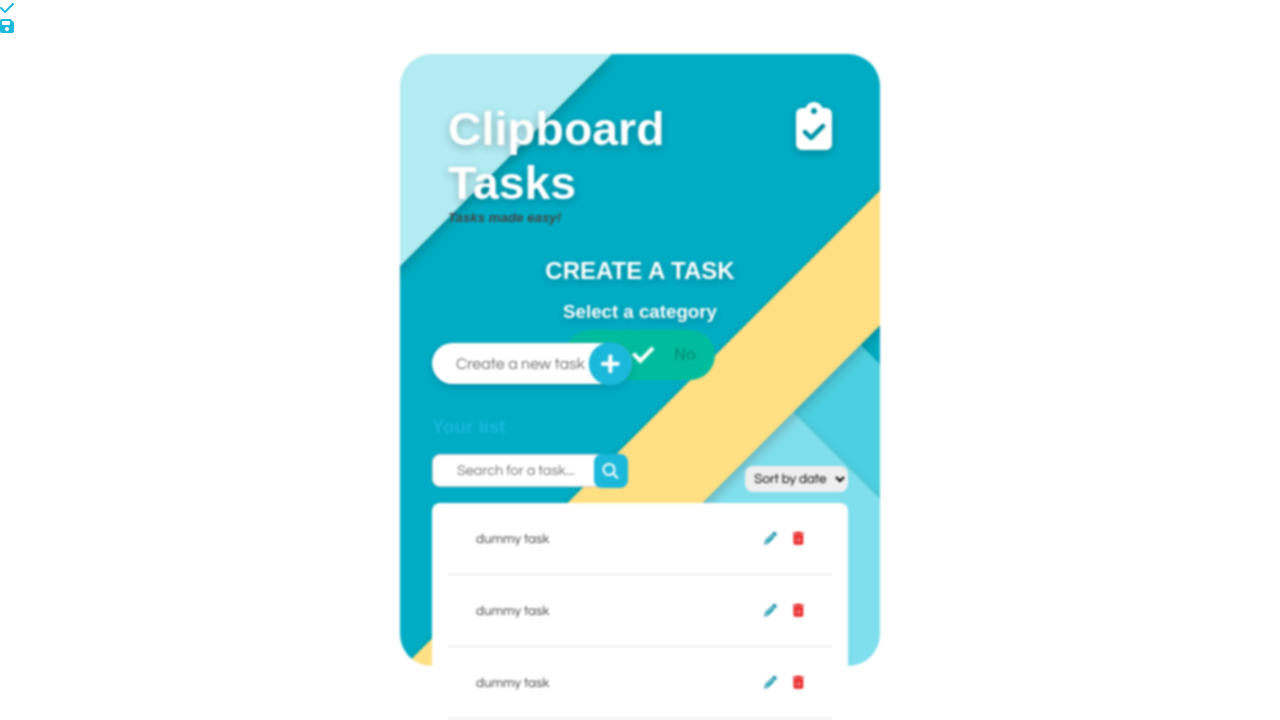
Repository: WesleyErasmus/Todo-App
Page: todoApp.html
The author's editor kept a copy of each file at every save. The page is drawn from the files as they stood at one save, then again after the next save.
The browser window is 1280 px wide. The pictures show the whole page.
Some web fonts or font styles are not loaded; a fallback is used. Some web libraries are served in a nearby version.

Above is the page before, as saved 2022-06-12 16:46:00.

### todoApp.html
<!DOCTYPE html>
<html lang="en">
<head>
    <meta charset="UTF-8">
    <meta http-equiv="X-UA-Compatible" content="IE=edge">
    <meta name="viewport" content="width=device-width, initial-scale=1.0">
    <title>Todo App</title>
    <script src="https://kit.fontawesome.com/81ea498f91.js" crossorigin="anonymous"></script>
    <link rel="stylesheet" href="/source/css/todoApp.css">
    <script src="/source/script/todoApp.js" defer></script>
</head>
<body>
    <!-- App wrapper -->
    <main class="app-wrapper">
        <!-- App header -->
        <header>
            <div>
            <h1 class="slogan">Clipboard Tasks</h1>
            <h5 class="slogan-2"><em>Tasks made easy!</em></h5>
            </div>
            <div id="jumbotron-logo"><i class="fa-solid fa-clipboard-check fa-3x"></i></div>
        </header>

        <h2 id="create-task-heading">CREATE A TASK</h2>

        <!-- Categories section -->
        <section>
        <form id="todo-list-form">
            <h3 class="category-heading">Select a category</h3>

            <div class="new-categories">

                <div class="toggle-radio">
                    <input type="radio" name="rdo" id="yes" checked>
                    <input type="radio" name="rdo" id="no">
                    <div class="switch">
                      <label for="yes">Yes</label>
                      <label for="no">No</label>
                      <span></span>
                    </div>
                  </div>

            </div>

            <div class="category-selectors">
                <!-- Personal category (make to assign as default, unless user selects work category) -->
                <!-- <label id="personal-label-btn">
                    <input type="radio" name="category" value="Personal" id="personal-category" />
                    <div>Personal</div>
                </label> -->
                <!-- Work category -->
                <!-- <label id="work-label-btn">
                    <input type="radio" name="category" value="Work" id="work-category" />
                    <div>Work</div>
                </label>
            </div> -->
            <!-- End of radio categories div -->
            <div class="create-submit">
            <input type="text" name="create-task" id="create-task" placeholder="Create a new task" />
            <button id="task-submit-btn" type="submit" value="create-new-task">
                <i class="fa-solid fa-circle-plus"></i>
            </button>
        </div>
        </form>
        </section>

        <!-- Task list is created here, new tasks are outputted below -->
        <section class="todo-list-output">
            <div id="list-header">
            <h3>Your list</h3>
            </div>
            <!-- SEARCH BAR -->
            <div id="search-filter-section">
                <form id="search-bar">
                <input type="text"
                id="search-bar"
                placeholder="Search for a task...">
                <button type="submit"><i class="fa fa-search"
                id="search-submit-btn"></i></button>
                </form>
                <!-- Classic filter dropdown -->
                <div>
                    <select name="filter" id="filter">
                    <option value="Date">Sort by date</option>
                    <option value="Name">Sort by title</option>
                    </select>
                    <!-- <i class="fa-solid fa-arrow-down-wide-short"></i> -->
                </div>

                </div>
            <!-- Actual task list output -->
            <div class="tasks" id="tasks">

                <div class="dummy-task">

                    <div class="task-name">
                        <input type="text"
                        class="text"
                        value="dummy task"
                        readonly>
                        <div class="edit-delete">
                            <button class="edit"><i class="fa-solid fa-pencil"></i></button>
                            <button class="delete"><i class="fa fa-trash" aria-hidden="true"></i></button>
                        </div>
                    </div>
                </div>

                <div class="dummy-task">

                    <div class="task-name">
                        <input type="text"
                        class="text"
                        value="dummy task"
                        readonly>
                        <div class="edit-delete">
                            <button class="edit"><i class="fa-solid fa-pencil"></i></button>
                            <button class="delete"><i class="fa fa-trash" aria-hidden="true"></i></button>
                        </div>
                    </div>
                </div>

                <div class="dummy-task">

                    <div class="task-name">
                        <input type="text"
                        class="text"
                        value="dummy task"
                        readonly>
                        <div class="edit-delete">
                            <button class="edit"><i class="fa-solid fa-pencil"></i></button>
                            <button class="delete"><i class="fa fa-trash" aria-hidden="true"></i></button>
                        </div>
                    </div>
                </div>

            </div>

        </section>

    </main> <!-- End of App wrapper -->
        <!-- Save icon and task complete icon -->
                <li><i class="fa-solid fa-check"></i></li>
                <li><i class="fa-solid fa-floppy-disk"></i></li>

</body>
</html>

### source/css/todoApp.css
@import url('https://fonts.googleapis.com/css2?family=Lexend+Tera:wght@100&family=Questrial&display=swap');


/* CSS Variables */
:root {
    --background-color: #fff;
    --primary: #1AB8DB;
    --secondary: #1593AF;
    --delete: #E50000;
    --grey: #ccc9c9;
    --dark-grey: #444444;

    --text-shadows: text-shadow: rgba(0, 0, 0, 0.24) 0px 3px 8px;
    --box-shadows: box-shadow: rgba(9, 30, 66, 0.25) 0px 4px 8px -2px, rgba(9, 30, 66, 0.08) 0px 0px 0px 1px;

    /* add linear gradients */
}

/* Universal selector styling */
* {
    box-sizing: border-box;
    margin: 0;
    padding: 0;
    font-family: 'Lexend Tera', sans-serif;
    list-style: none;
}

/* Below will remove input and checkbox default styling */
input:not([type="radio"]):not([type="checkbox"]), button {
	appearance: none;
	border: none;
	outline: none;
	background: none;
	cursor: initial;
}

/* *** UNIVERSAL BUTTON STYLING *** */
button {
	appearance: none;
	border: none;
	outline: none;
	background: none;
	cursor: initial;
    cursor: pointer;
}

body {
    background-color: var(--background-color);
    color: var(--primary);
}

main {
    padding-top: 2rem;
    background-color: var(--secondary);
    background-image: url(/images/bg-1.jpg);
    filter: blur(1px);
    background-size: cover;
    background-position: center;
    background-repeat: no-repeat;
    border-radius: 2rem;
    padding-left: 2rem;
    padding-right: 2rem;
    flex: 1 1 0%;
    align-items: center;
    justify-content: center;
    max-width: 480px;
    height: 85vh;
    width: 100%;
    position: absolute;
    top: 50%;
    left: 50%;
    margin-right: -50%;
    transform: translate(-50%, -50%)
}

section {
    margin-top: 1rem;
    margin-bottom: 2rem;
}

header {
    display: flex;
    justify-content: space-between;
    padding: 1rem;
    border-radius: 1rem;
    /* add gradient color to font and logo */
}
.slogan {
    color: #fff;
    font-family: 'Lexend Tera', sans-serif;
    font-size: 2.9rem;
    text-shadow: rgba(0, 0, 0, 0.24) 0px 3px 8px;
    /* -webkit-background-clip: text;
    -webkit-text-fill-color: transparent; */
}
.slogan-2 {
    color: #444444;
}

#jumbotron-logo {
    color: #fff;
    text-shadow: rgba(0, 0, 0, 0.24) 0px 3px 8px;
}
/* create task H3 styling*/
#create-task-heading {
    color: var(--background-color);
    margin-top: 1rem;
    text-align: center;
    text-shadow: rgba(0, 0, 0, 0.24) 0px 3px 8px;
}
/* Select category h2 styling */
.category-heading {
    color: var(--background-color);
    text-align: center;
    margin-bottom: 0.75rem;
    text-shadow: rgba(0, 0, 0, 0.24) 0px 3px 8px;
}

/* Work / personal category selector styling */
.category-selectors {
    display: grid;
    grid-template-columns: repeat(2, 1fr);
    grid-gap: 1rem;
    margin-bottom: 1rem;
}

label {
    font-family: 'Karla', sans-serif;
    font-weight: 590;
}

.category-selectors label{
    display: flex;
    flex-direction: column;
    justify-content: center;
    align-items: center;
    background-color: var(--primary);
    padding: 1rem 2rem;
    border-radius: 999999px;
    color: #fff;
    box-shadow: var(--box-shadows);
}

/* change the below id to #work-category-btn */
#work-label-btn {
    font-family: 'Karla', sans-serif;
    background-color: var(--grey);
}

#create-task {
    font-family: 'Questrial', sans-serif;
	display: block;
	width: 100%;
	font-size: 1rem;
	padding: 0.79rem 1.5rem;
    padding-right: 0rem;
	color: var(--dark-grey);
	background-color: var(--background-color);
    box-shadow: rgba(9, 30, 66, 0.25) 0px 4px 8px -2px, rgba(9, 30, 66, 0.08) 0px 0px 0px 1px;
    border-radius: 9999px;

}

/* change to task add btn */
#task-submit-btn{
    position: absolute;
    display: block;
    right: 0rem;
    bottom: -0.5px;
    border: none;
    background-color: transparent;
    color: var(--primary);
}

.fa-circle-plus {
    font-size: 2.7rem;
}

/* add gradient color to fa-logo */

.create-submit {
    position: relative;
    display: flex;
    justify-content: center;
    align-items: center;
    text-align: center;
    margin-top: 0.5rem;
}

.create-task {
    text-align: center;
}

#list-header {
width: 80%;
display: flex;
justify-content: space-between;
margin-bottom: 1rem;
}

#search-filter-section {
    display: flex;
    margin: 0 auto;
    justify-content: space-between;
    margin-top: 1rem;
    text-align: center;
    align-items: center;
}

#search-bar {
    position: relative;
    display: flex;
    justify-content: center;
    align-items: center;
    width: 47%;
}

#search-bar input{
    font-family: 'Questrial', sans-serif;
	display: block;
	width: 100%;
	font-size: 0.9rem;
	padding: 0.50rem 1.5rem;
    padding-right: 0rem;
	color: var(--dark-grey);
	background-color: var(--background-color);
    border: 0.1px solid var(--grey);
    border-radius: 0.5rem;
    margin-bottom: 1rem;
}

#search-submit-btn {
    position: absolute;
    display: block;
    right: 0rem;
    top: 0;
    background-color: var(--primary);
    border-top-left-radius: 0.5rem;
    border-bottom-left-radius: 0.5rem;
    border-top-right-radius: 0.5rem;
    border-bottom-right-radius: 0.5rem;
    padding: 0.56rem;
    color: #fff;
}

/* Font-awesome search icon styling */
.fa-search {
    font-size: 1rem;
    color: var(--primary);
}

/* Filter styling */
.filter {
    font-family: 'Questrial', sans-serif;
    font-size: 1.1rem;
    font-weight: 500;
    color: var(--secondary);
    text-shadow: var(--text-shadows);
}

.fa-arrow-down-wide-short {
    color: var(--primary);
}

select {
    margin-left: 0.3rem;
    padding: 0.3rem;
    border: none;
    outline: 0;
    /* border: 1px var(--grey) solid; */
    border-radius: 0.5rem;
    font-family: 'Questrial', sans-serif;
    box-shadow: var(--box-shadows);
}
option {
    font-family: 'Questrial', sans-serif;
}

#tasks {
    border-radius: 0.5rem;
    background-color: #fff;
}

#tasks .task-name {
    display: flex;
    justify-content: space-between;
    background-color: var(--background-color);
    padding: 1.75rem;
    background-color: #fff;
    margin-bottom: 0rem;
    margin: 0 1rem;
    border-bottom: 0.01px solid rgba(229, 225, 225, 0.919);
}

.dummy-task .task-name {
    flex: 1 1 0%;
}

.dummy-task .task-name .text {
    color: var(--dark-grey);
    font-family: 'Questrial', sans-serif;
    width: 100%;
    display: block;
    transition: 0.4s;
}

.dummy-task .edit-delete {
    display: flex;
    margin: 0 -0.5rem;

}

/* Edit button styling */

.fa-pencil {
    color: var(--secondary);
}

.fa-trash {
    color: var(--delete);
}

.dummy-task .edit-delete button {
    cursor: pointer;
    margin: 0 0.5rem;
    font-size: 0.8rem;
    font-weight: 700;
    text-transform: uppercase;
    transition: 0.4s;
}



/* SMILEY TOGGLE */
.switch {
    position: absolute;
    top: 50%;
    left: 50%;
    width: 150px;
    height: 50px;
    text-align: center;
    margin: -30px 0 0 -75px;
    background: #00bc9c;
    transition: all 0.2s ease;
    border-radius: 25px;
  }
  .switch span {
    position: absolute;
    width: 20px;
    height: 4px;
    top: 50%;
    left: 50%;
    margin: -2px 0px 0px -4px;
    background: #fff;
    display: block;
    transform: rotate(-45deg);
    transition: all 0.2s ease;
  }
  .switch span:after {
    content: "";
    display: block;
    position: absolute;
    width: 4px;
    height: 12px;
    margin-top: -8px;
    background: #fff;
    transition: all 0.2s ease;
  }
  input[type=radio] {
    display: none;
  }
  .switch label {
    cursor: pointer;
    color: rgba(0,0,0,0.2);
    width: 60px;
    line-height: 50px;
    transition: all 0.2s ease;
  }
  label[for=yes] {
    position: absolute;
    left: 0px;
    height: 20px;
  }
  label[for=no] {
    position: absolute;
    right: 0px;
  }
  #no:checked ~ .switch {
    background: #eb4f37;
  }
  #no:checked ~ .switch span {
    background: #fff;
    margin-left: -8px;
  }
  #no:checked ~ .switch span:after {
    background: #fff;
    height: 20px;
    margin-top: -8px;
    margin-left: 8px;
  }
  #yes:checked ~ .switch label[for=yes] {
    color: #fff;
  }
  #no:checked ~ .switch label[for=no] {
    color: #fff;
  }

### source/script/todoApp.js
// *** FILTER BTN SCRIPT ***

/* When the user clicks on the button,
toggle between hiding and showing the dropdown content */
// function myFunction() {
//     document.getElementById("myDropdown").classList.toggle("show");
//   }

//   // Close the dropdown if the user clicks outside of it
//   window.onclick = function(event) {
//     if (!event.target.matches('.dropbtn')) {
//       var dropdowns = document.getElementsByClassName("dropdown-content");
//       var i;
//       for (i = 0; i < dropdowns.length; i++) {
//         var openDropdown = dropdowns[i];
//         if (openDropdown.classList.contains('show')) {
//           openDropdown.classList.remove('show');
//         }
//       }
//     }
//   }
//   *** END OF FILTER BUTTON ***

After the next save:
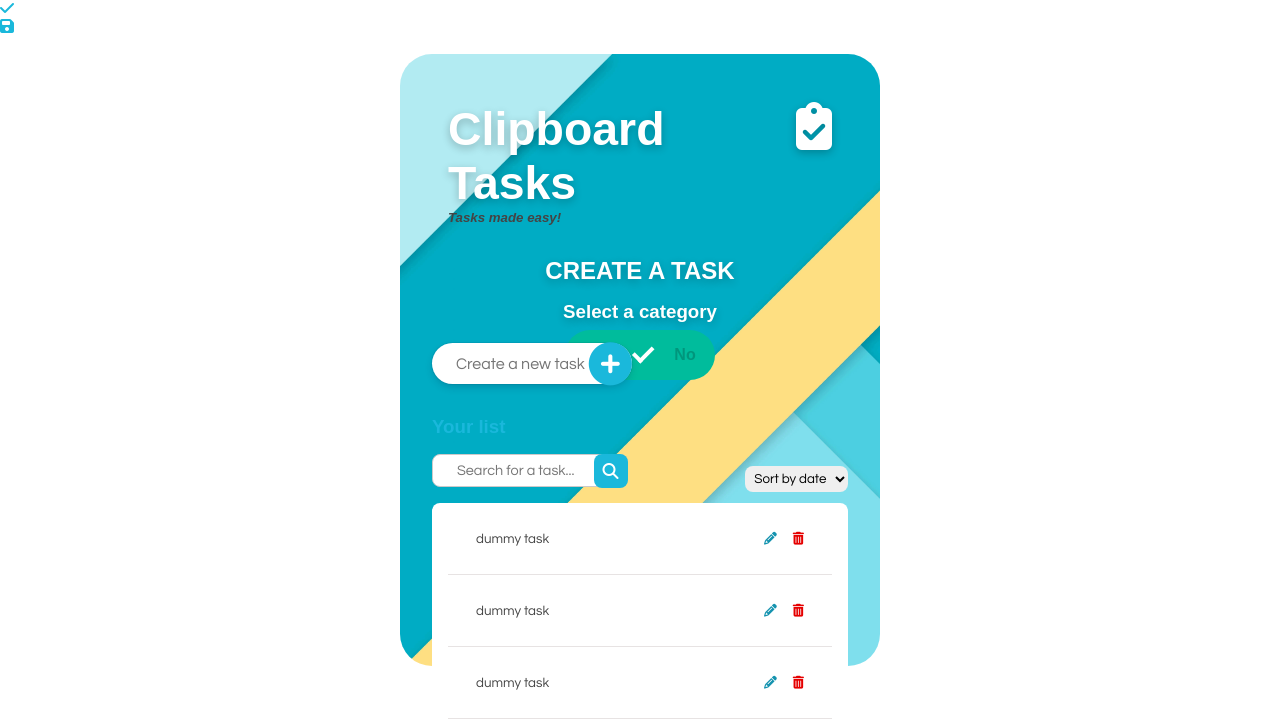
Saved 7 s later.
--- a/source/css/todoApp.css
+++ b/source/css/todoApp.css
@@ -53,7 +53,6 @@ main {
     padding-top: 2rem;
     background-color: var(--secondary);
     background-image: url(/images/bg-1.jpg);
-    filter: blur(1px);
     background-size: cover;
     background-position: center;
     background-repeat: no-repeat;
